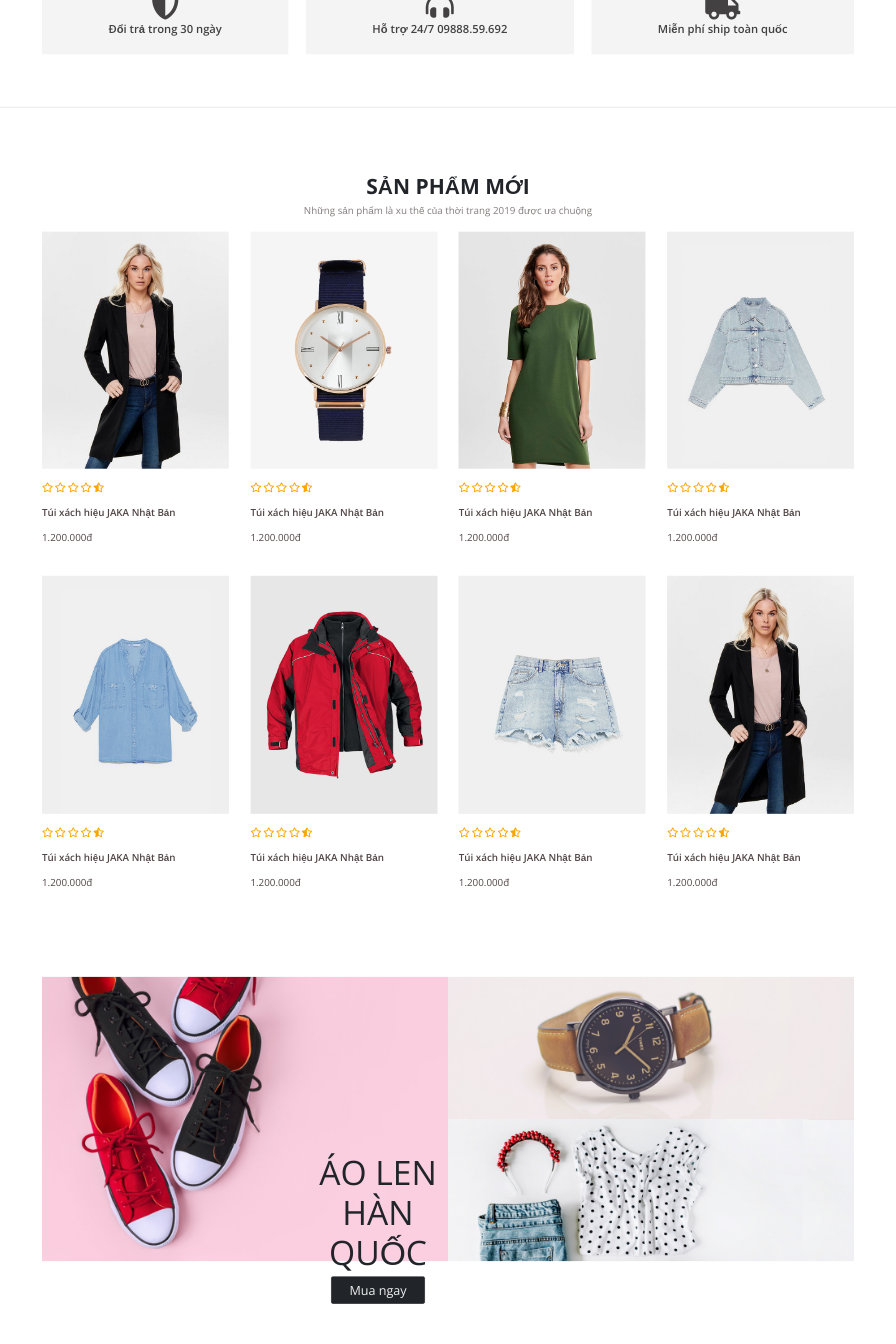
Repository: vinhtk0209/clothes-shop
Page: index.html
The author's editor kept a copy of each file at every save. The page is drawn from the files as they stood at one save, then again after the next save.
The browser window is 1280 px wide. The pictures show the part of the page from y = 792 to 2712 px (the page is 2712 px tall), at 70% of full size.

Above is the page before, as saved 2021-10-05 17:58:24.

After the next save:
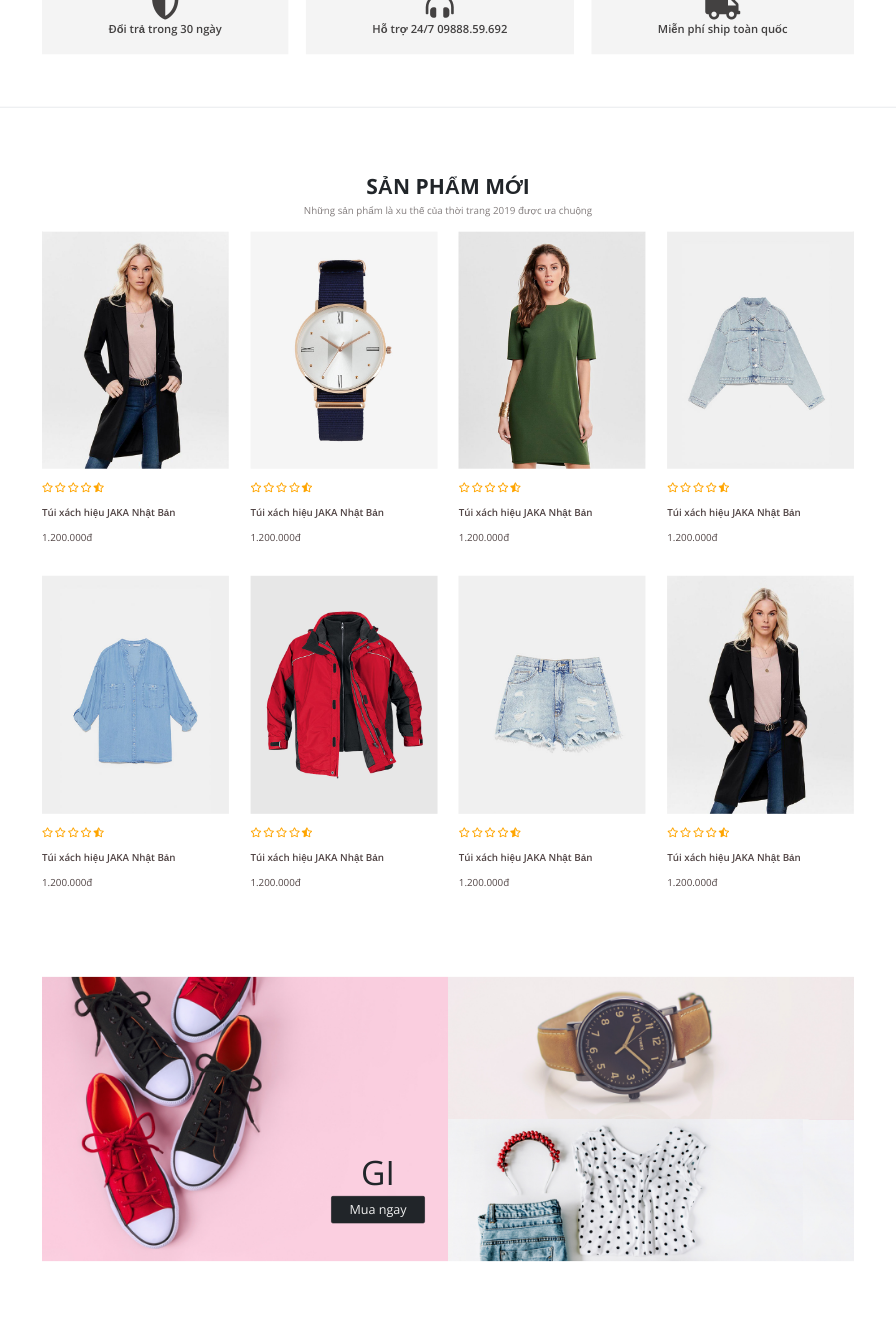
Saved 37 s later.
--- a/index.html
+++ b/index.html
@@ -544,7 +544,7 @@
                   <!-- CARD INFO -->
                 <div class="card-img-overlay card-descr-img text-center">
                   <h4 class="product-name-img fw-regular fs-48">
-                    ÁO LEN HÀN QUỐC
+                    GI
                   </h4>
                 <button type="button" class="btn btn-dark btn-buynow fs-18 text-button fw-regular pd-btn">Mua ngay</button>
                 </div>
